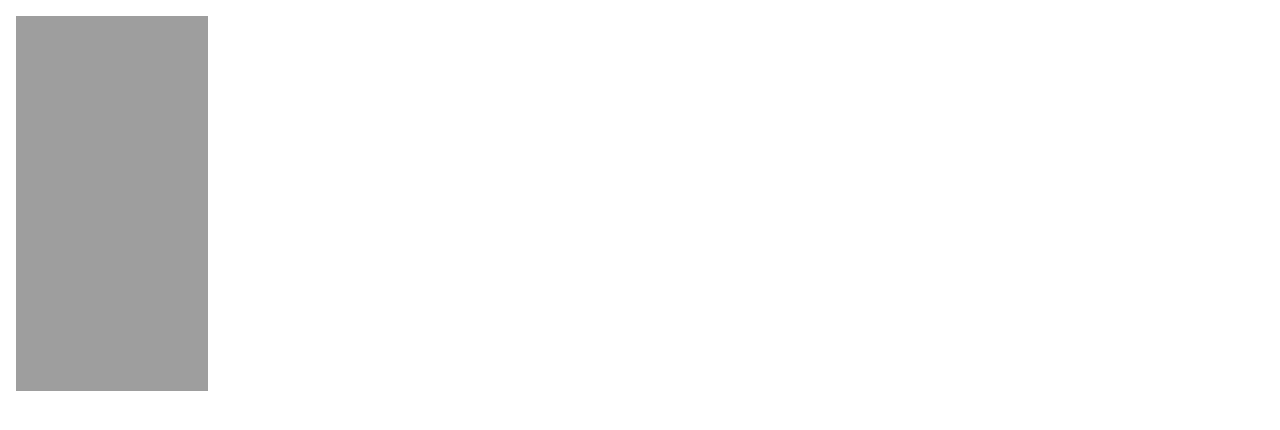
Repository: sammkrt/git101
Page: html-css-TrainingMyself/iframe.html
The author's editor kept a copy of each file at every save. The page is drawn from the files as they stood at one save, then again after the next save.
The browser window is 1280 px wide. The pictures show the whole page.

Above is the page before, as saved 2022-12-22 15:04:21.

After the next save:
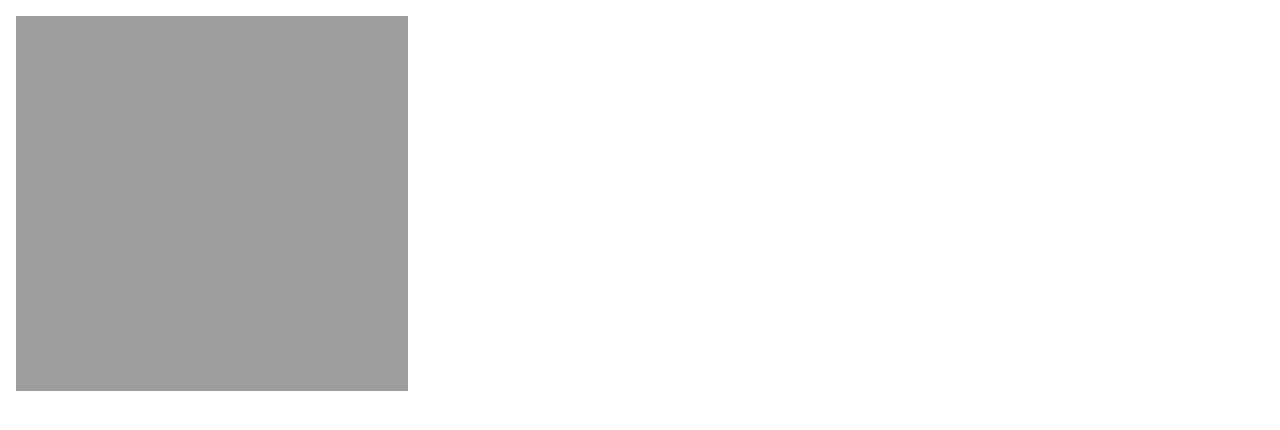
Saved 9 s later.
--- a/html-css-TrainingMyself/iframe.html
+++ b/html-css-TrainingMyself/iframe.html
@@ -7,6 +7,6 @@
     <title> </title>
 </head>
 <body>
-    <iframe src="images.html" frameborder="0" width="200" height="600"></iframe>
+    <iframe src="images.html" frameborder="0" width="400" height="600"></iframe>
 </body>
 </html>
